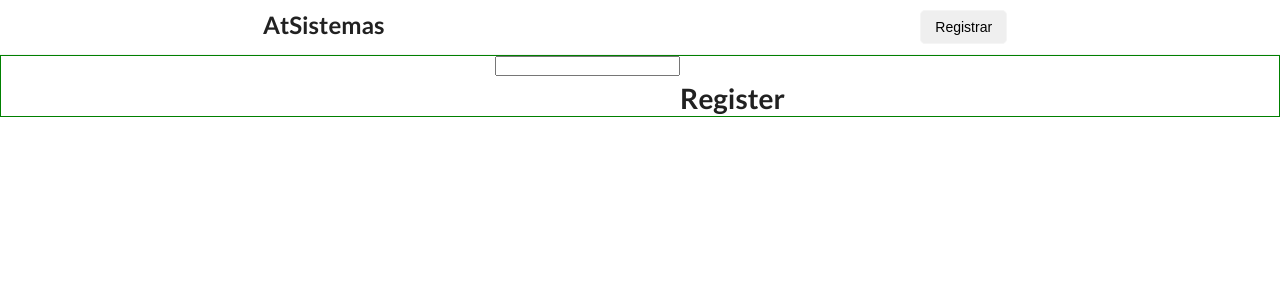
Repository: banchiec/atsistemas
Page: /site/register-site
These files come from the project's save history. The page is drawn as it stood at one moment and after the next save; the edit follows.
The browser window is 1280 px wide. The pictures show the whole page.
The project was rebuilt for these pictures with package versions that can differ from the ones it lists, and the page was loaded fresh each time. Also part of the build but not shown: src/components/SiteCard/SiteCard.js, src/redux/actions/sitesActions.js, src/screens/SiteScreen/SiteScreen.js, src/screens/SiteDetailsScreen/SiteDetailsScreen.js.

Above is the page before, as saved 2022-08-16 13:57:18.

### src/index.js
import React from "react";
import ReactDOM from "react-dom";
import App from "./App";
import store from "./redux/store";
import { Provider } from "react-redux";

ReactDOM.render(
  <React.StrictMode>
    <Provider store={store}>
      <App />
    </Provider>
  </React.StrictMode>,
  document.getElementById("root")
);

### src/App.js
import React from "react";
import { BrowserRouter as Router, Switch, Route } from "react-router-dom";
import SiteScreen from "./screens/SiteScreen/SiteScreen";
import SiteDetailsScreen from './screens/SiteDetailsScreen/SiteDetailsScreen'
import Header from "./components/Header/Header";
import "./App.css";
import RegisterSiteScreen from "./screens/RegisterSiteScreen/RegisterSiteScreen";

function App() {
  return (
    <div className="App">
      <Header/>
      <Router>
        <Switch>
          <Route path="/" exact component={SiteScreen} />
          <Route path="/site/register-site" exact component={RegisterSiteScreen} />
          <Route path="/site/:siteId" exact component={SiteDetailsScreen} />
          <Route>404 Not Found!</Route>
        </Switch>
      </Router>
    </div>
  );
}

export default App;

### src/components/Header/Header.js
import {ContainerHeader} from './headerStyled'

const Header = () => {
  function handleClick(){
    console.log("Object");
  }
	return(
    <ContainerHeader>
      <div>
        <h2>AtSistemas</h2>
      </div>
      <div>
        <button onClick={handleClick}>Registrar</button>
      </div>
    </ContainerHeader>
	)
}
export default Header

### src/App.css
* {
  font-family: "Roboto", sans-serif;
  padding: 0;
  margin: 0;
}

.ui.cards > .card > .image {
  height: 250px;
  padding: 20px;
  background: #fff;
  margin: auto;
}
.ui.cards > .card > .image > img {
  height: 100%;
  max-width: 100%;
  width: auto;
}
.ui.cards > .card > .content > .header {
  height: 48px;
  overflow: hidden;
  margin-bottom: 5px;
}
.ui.cards > .card > .content > .list{
  height: 36px;
  margin-bottom: 0px;
  overflow: hidden;
}
.ui.cards > .card .meta.name{
  margin-bottom: 5px;
  font-size: 18px;
  color: #333;
  font-weight: 600;
}

.ui.cards > .card .meta.name> a {
  font-size: 1.3rem;
  color: #222;
}

.ui.menu.fixed {
  height: 60px;
  padding-top: 15px;
}

.ui.grid.container {
  margin-top: 200px;
}

.ui.grid > .row {
  background: #fff;
}
.ui.grid > .row > .column.lp {
  padding: 20px 40px 20px 20px;
  align-self: flex-start !important;
}
.ui.grid > .row > .column.rp {
  padding: 20px 20px 20px 40px;
  text-align: left;
  align-self: flex-start !important;
}

.ui.grid > .row > .column > img,
.ui.grid > .row > img {
  height: 100%;
}
.ui.placeholder .header:not(:first-child):before,
.ui.placeholder .image:not(:first-child):before,
.ui.placeholder .paragraph:not(:first-child):before {
  display: none;
}

.ui.label,
.ui.labels .label {
  font-size: 22px;
}

.column.rp h1 {
  color: #333;
}
.column.rp p {
  font-size: 18px;
  color: #777;
}
.ui.placeholder.segment .column .button,
.ui.placeholder.segment .column .field,
.ui.placeholder.segment .column textarea,
.ui.placeholder.segment .column > .ui.input {
  background-color: #ff3e6c;
  border: 1px solid #ff3e6c;
  color: #fff;
  font-size: 18px;
  margin-left: 0;
}

### src/screens/RegisterSiteScreen/RegisterSiteScreen.js
import { ContainerRegisterSiteScreen } from "./registerSiteScreenStyled"

const RegisterSiteScreen = () => {

	const handleSubmit = () => {
		console.log("object");
	}
	return(
		<ContainerRegisterSiteScreen>
			<form onSubmit={handleSubmit}>
				<input/>
			</form>
			<h1>Register</h1>
		</ContainerRegisterSiteScreen>
	)
}
export default RegisterSiteScreen

### src/redux/reducers/index.js
import { combineReducers } from "redux";
import { sitesReducer, selectedSiteReducer } from "./sitesReducer";
const reducers = combineReducers({
  allSites: sitesReducer,
  site: selectedSiteReducer,
});
export default reducers;

### src/components/Header/headerStyled.js
import styled from 'styled-components'

const ContainerHeader = styled.div`
	display: flex;
	flex-direction: row;
	border-bottom: 1px solid whitesmoke;
	justify-content: space-around;
	div {
		padding: 10px;
		button{
			border-radius: 5px;
			padding: 8px 14px 8px 14px;
			border: 1px solid whitesmoke;
			margin: 0px 10px 0px 10px;
			:hover {
				background: black ;
				color: white;
				transition: 1s ease-out;
			}
		}
	}
`
export {
	ContainerHeader
}

### src/screens/RegisterSiteScreen/registerSiteScreenStyled.js
import styled from "styled-components";

export const ContainerRegisterSiteScreen = styled.div`
	display: flex;
	flex-direction: row;
	justify-content: center;
	border: 1px solid green;
`

### src/redux/reducers/sitesReducer.js
import { ActionTypes } from "../constants/action-types";
const intialState = {
  sites: [],
};

export const sitesReducer = (state = intialState, { type, payload }) => {
  switch (type) {
    case ActionTypes.SET_SITES:
      return {
        ...state,
        sites: payload
      };
    default:
      return state;
  }
};

export const selectedSiteReducer = (state = {}, { type, payload }) => {
  switch (type) {
    case ActionTypes.SELECTED_SITE:
      return {
        ...state,
        ...payload
      };
    case ActionTypes.REMOVE_SELECTED_SITE:
      return {};
    default:
      return state;
  }
};

### src/redux/constants/action-types.js
export const ActionTypes = {
  FETCH_SITES: 'FETCH_SITES',
  SET_SITES: "SET_SITES",
  SELECTED_SITE: "SELECTED_SITE",
  REMOVE_SELECTED_SITE: "REMOVE_SELECTED_SITE",
};

Loaded but not shown: public/index.html (common file); src/redux/store.js (common file)

After the next save:
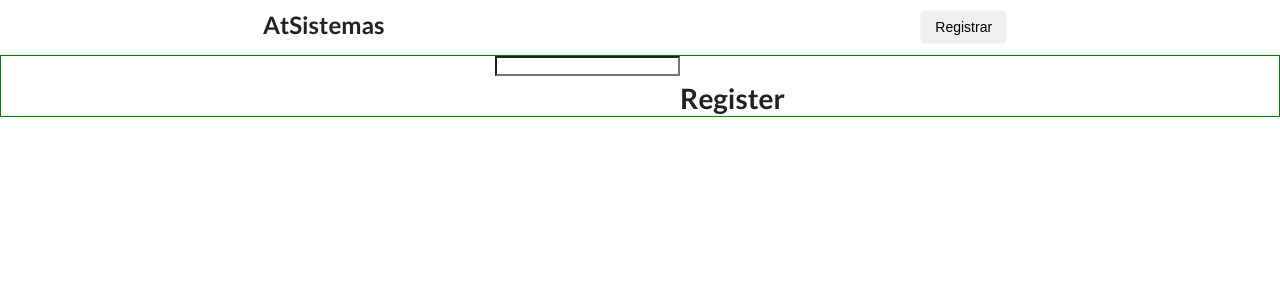
Saved 10 s later.
--- a/src/screens/RegisterSiteScreen/RegisterSiteScreen.js
+++ b/src/screens/RegisterSiteScreen/RegisterSiteScreen.js
@@ -8,7 +8,7 @@ const RegisterSiteScreen = () => {
 	return(
 		<ContainerRegisterSiteScreen>
 			<form onSubmit={handleSubmit}>
-				<input/>
+				<input type="text"/>
 			</form>
 			<h1>Register</h1>
 		</ContainerRegisterSiteScreen>
